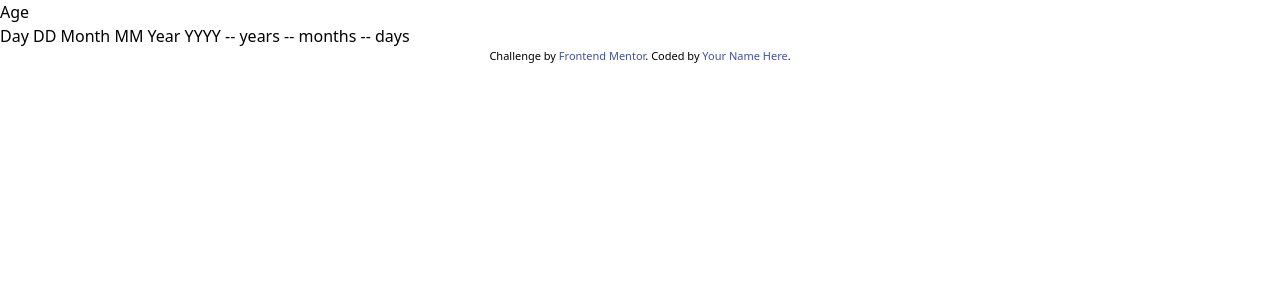
Repository: blordeus/age-calculator-app-main
Page: index.html
An editor plug-in stored every save of this project. The page is shown before and after a run of saves, followed by the edit.
The browser window is 1280 px wide. The pictures show the whole page.

Above is the page before, as saved 2023-08-25 19:47:05.

After the next 2 saves:
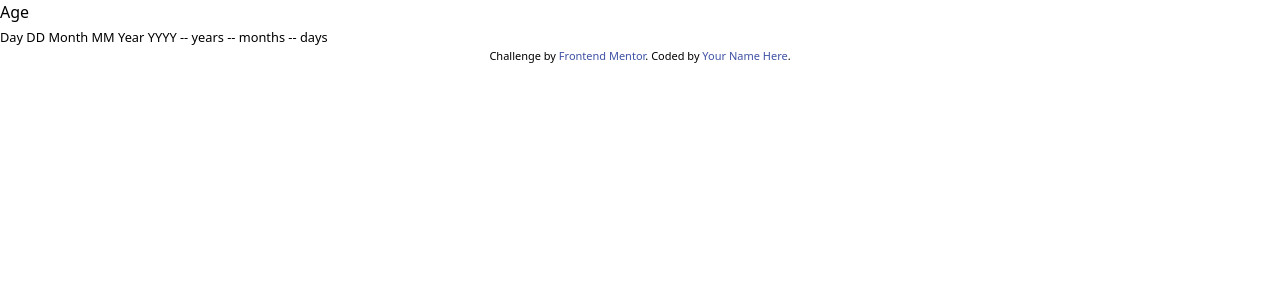
The 2 saves are shown as one change because they came seconds apart.
The last was saved 105 s later.
--- a/index.html
+++ b/index.html
@@ -18,6 +18,7 @@
           <div class="block">
             <label for="age">Age</label>
             <input type="text" id="age">
+            <small
           </div>
         </div>
       </form>

After the save that followed:
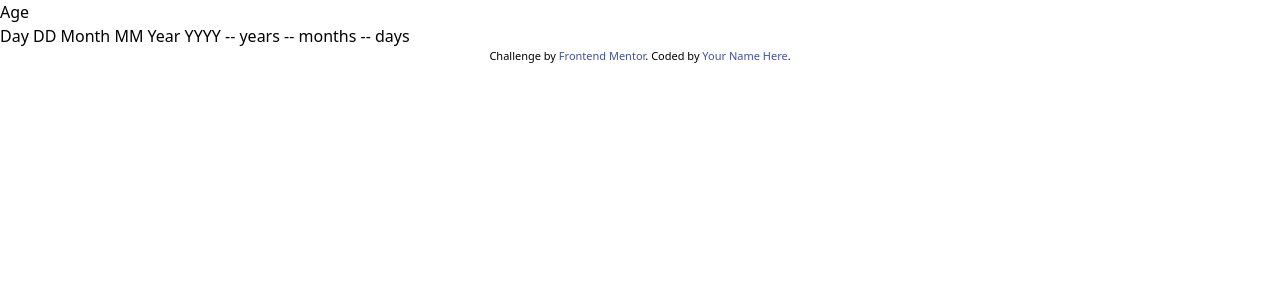
Saved 5 s later.
--- a/index.html
+++ b/index.html
@@ -18,7 +18,7 @@
           <div class="block">
             <label for="age">Age</label>
             <input type="text" id="age">
-            <small
+            <small></small>
           </div>
         </div>
       </form>
